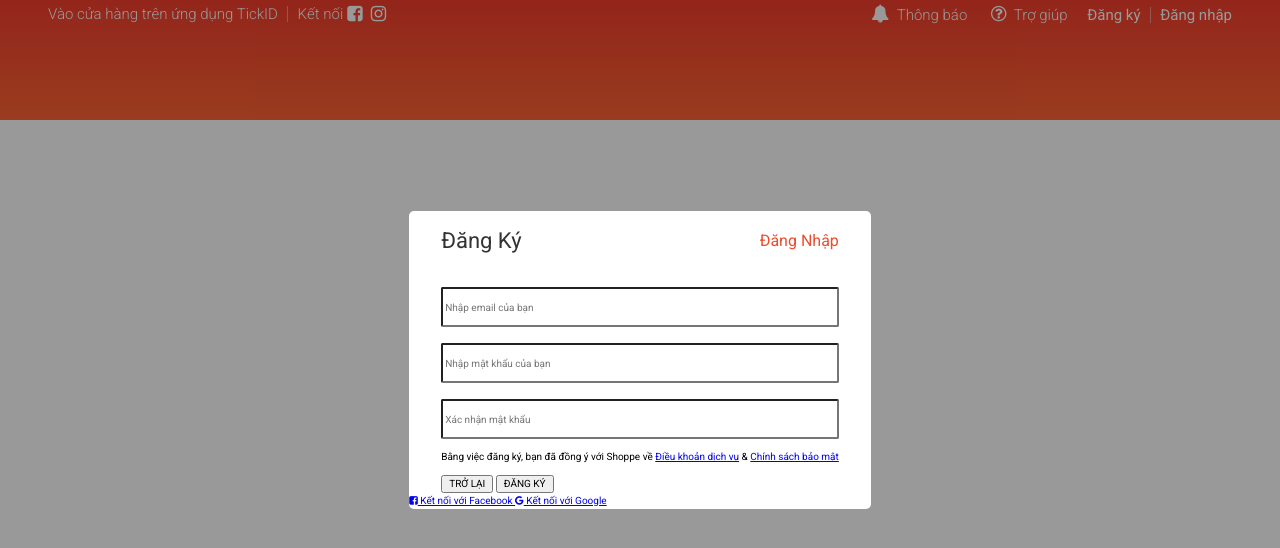
Repository: huydev0401/F8-Shop
Page: index.html
These files come from the project's save history. The page is drawn as it stood at one moment and after the next save; the edit follows.
The browser window is 1280 px wide. The pictures show the whole page.

Above is the page before, as saved 2021-08-12 15:55:38.

### index.html
<!DOCTYPE html>
<html lang="en">
<head>
    <meta charset="UTF-8">
    <meta http-equiv="X-UA-Compatible" content="IE=edge">
    <meta name="viewport" content="width=device-width, initial-scale=1.0">
    <title>Document</title>
    <link rel="stylesheet" href="https://cdnjs.cloudflare.com/ajax/libs/font-awesome/4.7.0/css/font-awesome.css">
    <link rel="preconnect" href="https://fonts.googleapis.com">
    <link rel="preconnect" href="https://fonts.gstatic.com" crossorigin>
    <link href="https://fonts.googleapis.com/css2?family=Roboto:wght@300;400;700&display=swap" rel="stylesheet">
    <link rel="stylesheet" href="https://cdnjs.cloudflare.com/ajax/libs/normalize/8.0.1/normalize.min.css">
    <link rel="stylesheet" href="./assets/css/base.css">
    <link rel="stylesheet" href="./assets/css/main.css">
</head>
<body>
    <header class="header">
        <nav class="navbar grid">
            <ul class="navbar__list">
                <li class="navbar__item navbar__item--has-qr navbar__item--separate">
                    Vào cửa hàng trên ứng dụng TickID
                    <div class="header-qr">
                        <img src="./assets/img/qr_code.png" alt="QR Code" class="header-qr__img">
                        <div class="header-qr__apps">
                            <a href="#" class="header-qr__link">
                                <img class="header-qr__app" src="./assets/img/google_play.png" alt="google play">
                            </a>
                            <a href="#" class="header-qr__link">
                                <img class="header-qr__app" src="./assets/img/app_store.png" alt="app store">
                            </a>
                            <a href="#" class="header-qr__link">
                                <img class="header-qr__app" src="./assets/img/app_gallery.png" alt="app gallery">
                            </a>
                        </div>
                    </div>
                </li>
                <li class="navbar__item">
                    <span class="text-white cursor-text">Kết nối</span>
                    <a class="navbar-icon__link" href="#">
                        <i class="navbar__icon fa fa-facebook-square"></i>
                    </a>
                    <a class="navbar-icon__link" href="#">
                        <i class="navbar__icon fa fa-instagram"></i>
                    </a>
                </li>
            </ul>
            <ul class="navbar__list">
                <li class="navbar__item navbar__item--has-noti">
                    <a href="#" class="navbar__link">
                        <i class="navbar__icon fa fa-bell"></i>
                        Thông báo
                    </a>
                    <div class="header__noti">
                        <div class="noti__heading">
                            <h3>Thông báo mới nhận</h3>
                        </div>
                        <ul class="noti__list">
                            <li class="noti__item">
                                <a href="#" class="noti__link">
                                    <img src="https://images.unsplash.com/photo-1484399172022-72a90b12e3c1?ixid=MnwxMjA3fDB8MHxwaG90by1wYWdlfHx8fGVufDB8fHx8&ixlib=rb-1.2.1&auto=format&fit=crop&w=1050&q=80" alt="" class="noti__image">
                                    <div class="noti__info">
                                        <span class="noti__name">Xác thực chính hãng nguồn gốc các sản phẩm Ohui</span>
                                        <span class="noti__desc">Xác thực chính hãng nguồn gốc các sản phẩm Ohui</span>
                                    </div>
                                </a>
                            </li>
                            <li class="noti__item noti__item--unread">
                                <a href="#" class="noti__link">
                                    <img src="https://images.unsplash.com/photo-1484399172022-72a90b12e3c1?ixid=MnwxMjA3fDB8MHxwaG90by1wYWdlfHx8fGVufDB8fHx8&ixlib=rb-1.2.1&auto=format&fit=crop&w=1050&q=80" alt="" class="noti__image">
                                    <div class="noti__info">
                                        <span class="noti__name">Xác thực chính hãng nguồn gốc các sản phẩm Ohui</span>
                                        <span class="noti__desc">Xác thực chính hãng nguồn gốc các sản phẩm Ohui</span>
                                    </div>
                                </a>
                            </li>
                            <li class="noti__item noti__item--unread">
                                <a href="#" class="noti__link">
                                    <img src="https://images.unsplash.com/photo-1484399172022-72a90b12e3c1?ixid=MnwxMjA3fDB8MHxwaG90by1wYWdlfHx8fGVufDB8fHx8&ixlib=rb-1.2.1&auto=format&fit=crop&w=1050&q=80" alt="" class="noti__image">
                                    <div class="noti__info">
                                        <span class="noti__name">Xác thực chính hãng nguồn gốc các sản phẩm Ohui</span>
                                        <span class="noti__desc">Xác thực chính hãng nguồn gốc các sản phẩm Ohui</span>
                                    </div>
                                </a>
                            </li>
                            <li class="noti__item noti__item--unread">
                                <a href="#" class="noti__link">
                                    <img src="https://images.unsplash.com/photo-1484399172022-72a90b12e3c1?ixid=MnwxMjA3fDB8MHxwaG90by1wYWdlfHx8fGVufDB8fHx8&ixlib=rb-1.2.1&auto=format&fit=crop&w=1050&q=80" alt="" class="noti__image">
                                    <div class="noti__info">
                                        <span class="noti__name">Xác thực chính hãng nguồn gốc các sản phẩm Ohui</span>
                                        <span class="noti__desc">Xác thực chính hãng nguồn gốc các sản phẩm Ohui</span>
                                    </div>
                                </a>
                            </li>
                        </ul>
                        <div class="noti__footer">
                            <a href="#" class="noti__btn">Xem tất cả</a>
                        </div>
                    </div>
                </li>
                <li class="navbar__item">
                    <a href="#" class="navbar__link">
                        <i class="navbar__icon fa fa-question-circle-o"></i>
                        Trợ giúp
                    </a>
                </li>
                <li class="navbar__item navbar__item--bold navbar__item--separate">Đăng ký</li>
                <li class="navbar__item navbar__item--bold">Đăng nhập</li>
            </ul>
        </nav>
    </header>
    <main class="wrapper">

    </main>
    <footer class="footer">

    </footer>

    <!-- Modal -->
    <div class="modal">
        <div class="modal__overlay"></div>
        <div class="modal__content">
            <!-- authe form -->
            <div class="auth-form">
                <div class="auth-form__container">
                    <div class="authe-form__header">
                        <h3 class="authe-form__heading">Đăng Ký</h3>
                        <span class="authe-form__switch-btn">Đăng Nhập</span>
                    </div>
                    <div class="authe-form__form">
                        <div class="authe-form__group">
                            <input type="text" class="authe-form__input" placeholder="Nhập email của bạn">
                        </div>
                        <div class="authe-form__group">
                            <input type="password" class="authe-form__input" placeholder="Nhập mật khẩu của bạn">
                        </div>
                        <div class="authe-form__group">
                            <input type="password" class="authe-form__input" placeholder="Xác nhận mật khẩu">
                        </div>
                    </div>
                    <div class="authe-form__aside">
                        <p class="authe-form__policy-text">
                            Bằng việc đăng ký, bạn đã đồng ý với Shoppe về
                            <a href="#" class="authe-form__policy-link">Điều khoản dịch vụ</a> &
                            <a href="#" class="authe-form__policy-link">Chính sách bảo mật</a>
                        </p>
                    </div>
                    <div class="authe-form__controls">
                        <button class="btn">TRỞ LẠI</button>
                        <button class="btn btn--primary">ĐĂNG KÝ</button>
                    </div>
                </div>
                <div class="authe-form__socials">
                    <a href="#" class="btn btn--with-icon">
                        <i class="fa fa-facebook-square"></i>
                        Kết nối với Facebook
                    </a>
                    <a href="#" class="btn btn--with-icon">
                        <i class="fa  fa-google"></i>
                        Kết nối với Google
                    </a>
                </div>
            </div>
        </div>
    </div>
</body>
</html>

### assets/css/base.css
:root {
    --white_color: #fff;
    --black_color: #000;
    --text_color: #333;
    --primary_color: #ee4d2d;
    --border_color: #dbdbdb;
}

* {
    box-sizing: inherit;
}

html {
    font-size: 62.5%;
    line-height: 1.6rem;
    box-sizing: border-box;
    font-family: 'Roboto', sans-serif;
}

.grid {
    width: 1200px;
    max-width: 100%;
    margin: 0 auto;
}

.grid__full-width {
    width: 100%;
}

.grid__row {
    display: flex;
    flex-wrap: wrap;
}

.text-white {
    color: #fff;
}

.cursor-text {
    cursor: text;
}

/* Modal */
.modal {
    display: flex;
    position: fixed;
    top: 0;
    right: 0;
    bottom: 0;
    left: 0;
}

.modal__overlay {
    position: absolute;
    top: 0;
    left: 0;
    width: 100%;
    height: 100%;
    background-color: rgba(0, 0, 0, .4);
}

.modal__content {
    margin: auto;
    border-radius: 5px;
    background-color: var(--white_color);
    position: relative;
    z-index: 1;
}

### assets/css/main.css
.header {
    height: 120px;
    background-image: linear-gradient(to bottom, #f53e2d, #fe6433 );
}

.navbar {
    display: flex;
    justify-content: space-between;
}

.navbar__list {
    list-style: none;
    padding-left: 0;
    font-size: 1.5rem;
    font-weight: 300;
    margin-top: 5px;
}

.navbar__item {
    display: inline-block;
    margin: 0 8px;
    color: var(--white_color);
    position: relative;
    transition: all .2s linear;
    min-height: 18px;
}

.navbar__item--has-noti:hover .header__noti {
    display: block;
}

.navbar__item--has-qr:hover .header-qr {
    display: block;
}

.navbar__item--separate::after {
    content: " ";
    border-right: 1px solid #fb9086;
    height: 16px;
    position: absolute;
    top: 50%;
    right: -10px;
    transform: translateY(-50%);
}

.navbar__item--bold {
    font-weight: 400;
}

.navbar__link {
    color: var(--white_color);
    text-decoration: none;
    transition: all .2s linear;
}

.navbar__item:hover,
.navbar__link:hover,
.navbar-icon__link:hover {
    color: rgba(255, 255, 255, .7);
    cursor: pointer;
}

.navbar__item,
.navbar-icon__link {
    display: inline-flex;
    align-items: center;
}

.navbar-icon__link {
    color: var(--white_color);
    text-decoration: none;
}

.navbar__icon {
    font-size: 18px;
    margin: 0 4px;
}

.header-qr {
    background-color: var(--white_color);
    width: 180px;
    position: absolute;
    top: 140%;
    left: 0;
    padding: 8px;
    border-radius: 2px;
    display: none;
    animation: fadeIn linear .3s;
    will-change: opacity;
}

@keyframes fadeIn {
    from {
        opacity: 0;
    }
    to {
        opacity: 1;
    }
}

.header-qr::before {
    content: "";
    position: absolute;
    top: -18px;
    left: 0;
    width: 100%;
    height: 20px;
    display: block;
}

.header-qr__img {
    width: 100%;
}

.header-qr__apps {
    display: flex;
    justify-content: space-between;
    flex-wrap: wrap;
}

.header-qr__link {
    width: calc(50% - 10px);
    margin: 5px 0 5px 10px;
}

.header-qr__app {
    height: 15px;
}

.header__noti {
    position: absolute;
    top: 140%;
    right: 0;
    width: 404px;
    background-color: var(--white_color);
    border: 1px solid #d3d3d3;
    cursor: default;
    transform-origin: calc(100% - 20px) top;
    animation: headerNotiGrowth ease-in .2s;
    will-change: opacity, transform;
    display: none;
}

@keyframes headerNotiGrowth {
    from {
        opacity: 0;
        transform: scale(0);
    }
    to {
        opacity: 1;
        transform: scale(1);
    }
}

.header__noti::before {
    content: "";
    position: absolute;
    top: -23px;
    right: 3px;
    border-width: 16px 30px;
    border-style: solid;
    border-color: transparent transparent var(--white_color) transparent;
}

.header__noti::after {
    content: "";
    position: absolute;
    top: -18px;
    right: 0;
    width: 110px;
    height: 20px;
    display: block;
}

.noti__heading {
    height: 40px;
    background-color: var(--white_color);
}

.noti__heading h3 {
    color: #999;
    margin: 0;
    font-weight: 400;
    font-size: 1.4rem;
    text-transform: capitalize;
    line-height: 40px;
    margin-left: 12px;
    user-select: none;
}

.noti__list {
    padding-left: 0;
}

.noti__item {
    transition: all .2s linear;
}

.noti__item:hover {
    background-color: #f7f7f7;
}

.noti__item--unread {
    background-color: rgba(238, 75, 43, 0.09);
}

.noti__link {
    display: flex;
    padding: 12px;
    text-decoration: none;
}

.noti__image {
    width: 48px;
    object-fit: contain;
}

.noti__info {
    margin-left: 12px;
}

.noti__name {
    display: block;
    font-size: 1.4rem;
    color: var(--black_color);
    font-weight: 400;
    margin-bottom: 5px;
}

.noti__desc {
    display: block;
    font-size: 1.2rem;
    color: #756f6e;
}

.noti__footer {
    text-align: center;
}

.noti__btn {
    text-decoration: none;
    color: var(--text_color);
    padding: 10px 0;
    width: 100%;
    font-size: 1.4rem;
    font-weight: 400;
    display: block;
}

/* Authe form */
.auth-form {
    max-width: 500px;
}

.auth-form__container {
    padding: 0 32px;
}

.authe-form__header {
    display: flex;
    align-items: center;
    justify-content: space-between;
}

.authe-form__heading {
    font-size: 2.2rem;
    font-weight: 400;
    color: var(--text_color);
}

.authe-form__switch-btn {
    font-size: 1.6rem;
    font-weight: 400;
    color: var(--primary_color);
}

.authe-form__form {

}

.authe-form__group {

}

.authe-form__input {
    width: 100%;
    height: 40px;
    margin-top: 16px;
    border-radius: 2px;
}

.authe-form__aside {

}

.authe-form__policy-text {

}

.authe-form__policy-link {

}

.authe-form__controls {

}

.btn {

}

.btn--primary {

}

.authe-form__socials {

}

.btn--with-icon {

}

After the next save:
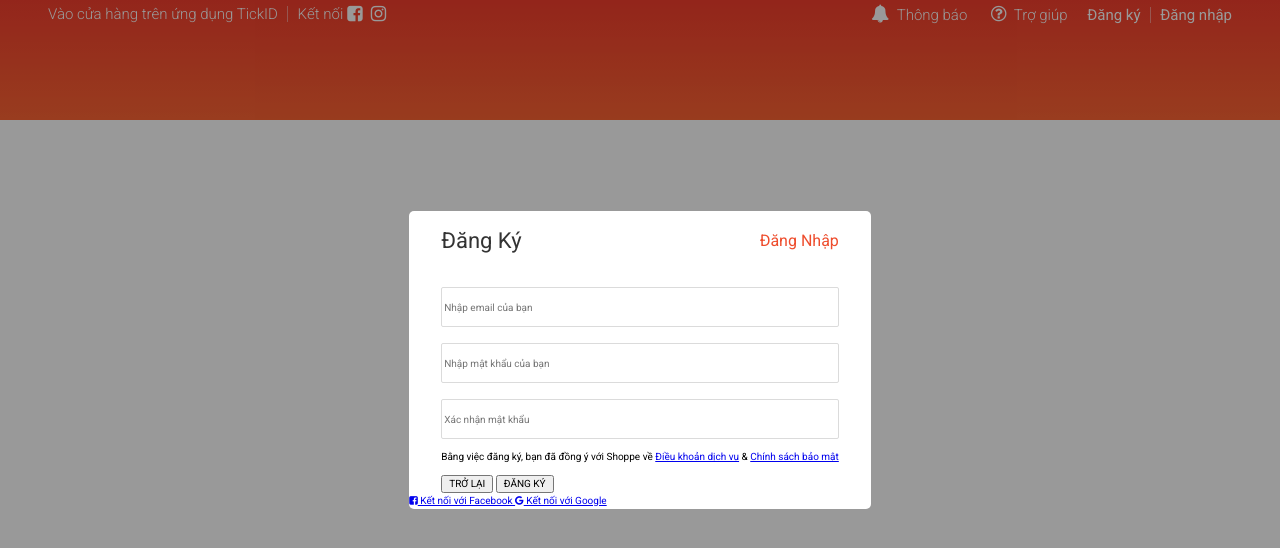
Saved 28 s later.
--- a/assets/css/main.css
+++ b/assets/css/main.css
@@ -287,6 +287,7 @@
     height: 40px;
     margin-top: 16px;
     border-radius: 2px;
+    border: 1px solid var(--border_color);
 }
 
 .authe-form__aside {
